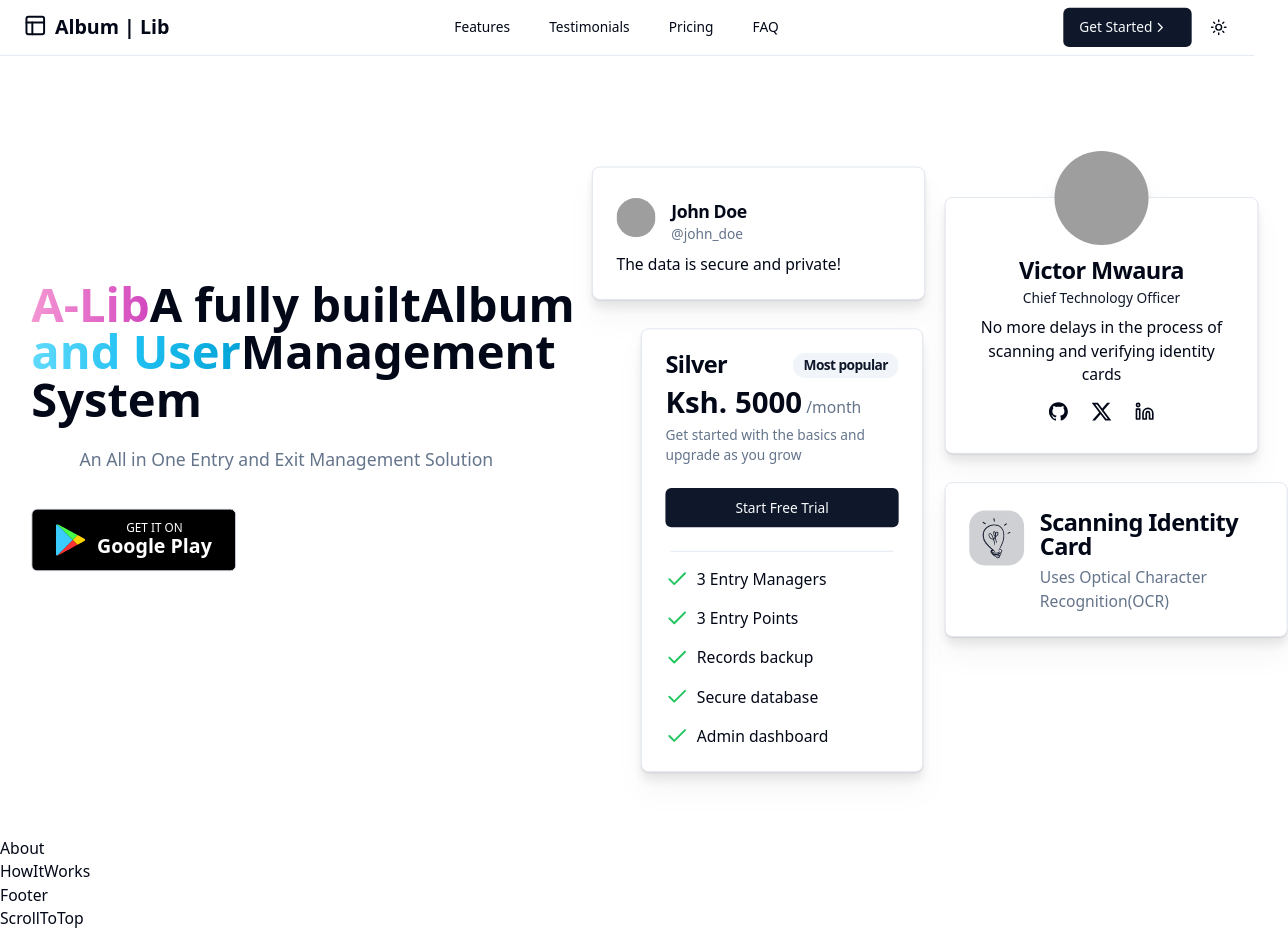
Repository: DevLaukey/savannah-informatics-test
Page: /
These files come from the project's save history. The page is drawn as it stood at one moment and after a run of saves; the edit follows.
The browser window is 1280 px wide. The page is 1314 px wide, so the pictures cover 1314 px, including what lies to the right of the window. The pictures show the whole page, at 98% of full size.
Pictures or frames that could not be fetched are drawn as grey boxes. The project was rebuilt for these pictures with package versions that can differ from the ones it lists, and the page was loaded fresh each time. The framework's server and built-in components were replaced by stand-ins that run in the browser. Also part of the build but not shown: next.config.mjs.

Above is the page before, as saved 2024-06-04 21:54:25.

### app/layout.jsx
import "./globals.css";
import { Inter as FontSans } from "next/font/google";

import { cn } from "@/lib/utils";
import { ThemeProvider } from "@/lib/theme-provider";

const fontSans = FontSans({
  subsets: ["latin"],
  variable: "--font-sans",
});

export default function RootLayout({ children }) {
  return (
    <html lang="en" suppressHydrationWarning>
      <head />
      <body
        className={cn(
          "min-h-screen bg-background font-sans antialiased",
          fontSans.variable
        )}
      >
        <ThemeProvider
          attribute="class"
          defaultTheme="system"
          enableSystem
          disableTransitionOnChange
        >
          {children}
        </ThemeProvider>
      </body>
    </html>
  );
}

### app/page.jsx
import Footer from "@/components/Footer";
import About from "@/components/landing-page/About";
import Hero from "@/components/landing-page/Hero";
import HowItWorks from "@/components/landing-page/HowItWorks";
import Navbar from "@/components/Navbar";
import ScrollToTop from "@/components/ScrollToTop";


// this is the landing page
export default function Home() {
  return (
    <>
      <Navbar />
      <Hero />
      <About />
      <HowItWorks />
      <Footer />
      <ScrollToTop />
    </>
  );
}

### components/landing-page/Hero.jsx
import { HeroCards } from "./HeroCards";
import { buttonVariants } from "@/components/ui/button";

const Hero = () => {
  return (
    <section className="container grid grid-cols-1 md:grid-cols-2 place-items-center py-20 md:py-32 gap-10">
      <div className="text-center md:text-left space-y-6">
        <main className="text-3xl md:text-5xl font-bold">
          <h1 className="inline-block">
            <span className="inline bg-gradient-to-r from-[#F596D3] to-[#D247BF] text-transparent bg-clip-text">
              A-Lib
            </span>
            A fully built
          </h1>
          Album
          <h2 className="inline-block">
            <span className="inline bg-gradient-to-r from-[#61DAFB] via-[#1fc0f1] to-[#03a3d7] text-transparent bg-clip-text">
              and User
            </span>
            Management System
          </h2>
        </main>

        <p className="text-lg text-muted-foreground md:w-10/12 mx-auto">
          An All in One Entry and Exit Management Solution
        </p>

        <div className="space-y-4 md:space-y-0 md:space-x-4">
          <button
            type="button"
            className={`flex items-center justify-center w-full md:w-auto mt-3 text-white bg-black rounded-lg h-14 md:h-16 px-6 ${buttonVariants(
              {
                variant: "outline",
              }
            )}`}
          >
            <div className="mr-3">
              <svg viewBox="30 336.7 120.9 129.2" width="30">
                <path
                  fill="#FFD400"
                  d="M119.2,421.2c15.3-8.4,27-14.8,28-15.3c3.2-1.7,6.5-6.2,0-9.7  c-2.1-1.1-13.4-7.3-28-15.3l-20.1,20.2L119.2,421.2z"
                ></path>
                <path
                  fill="#FF3333"
                  d="M99.1,401.1l-64.2,64.7c1.5,0.2,3.2-0.2,5.2-1.3  c4.2-2.3,48.8-26.7,79.1-43.3L99.1,401.1L99.1,401.1z"
                ></path>
                <path
                  fill="#48FF48"
                  d="M99.1,401.1l20.1-20.2c0,0-74.6-40.7-79.1-43.1  c-1.7-1-3.6-1.3-5.3-1L99.1,401.1z"
                ></path>
                <path
                  fill="#3BCCFF"
                  d="M99.1,401.1l-64.3-64.3c-2.6,0.6-4.8,2.9-4.8,7.6  c0,7.5,0,107.5,0,113.8c0,4.3,1.7,7.4,4.9,7.7L99.1,401.1z"
                ></path>
              </svg>
            </div>
            <div>
              <div className="text-xs">GET IT ON</div>
              <div className="-mt-1 font-sans text-base md:text-xl font-semibold">
                Google Play
              </div>
            </div>
          </button>
        </div>
      </div>

      {/* Hero cards sections */}
      <div className="z-10">
        <HeroCards />
      </div>

      {/* Shadow effect */}
      <div className="shadow"></div>
    </section>
  );
};

export default Hero;

### components/landing-page/HowItWorks.jsx
import React from 'react'

function HowItWorks() {
  return (
    <div>HowItWorks</div>
  )
}

export default HowItWorks

### components/Navbar.jsx
"use client";
import React, { useState } from "react";
import {
  NavigationMenu,
  NavigationMenuItem,
  NavigationMenuList,
} from "@/components/ui/navigation-menu";
import {
  Sheet,
  SheetContent,
  SheetHeader,
  SheetTitle,
  SheetTrigger,
} from "@/components/ui/sheet";
import { Button, buttonVariants } from "./ui/button";
import { ChevronRight, Menu } from "lucide-react";
import ModeToggle from "./mode-toggle";
import { LogoIcon } from "./Icons";

const routeList = [
  {
    href: "#features",
    label: "Features",
  },
  {
    href: "#testimonials",
    label: "Testimonials",
  },
  {
    href: "#pricing",
    label: "Pricing",
  },
  {
    href: "#faq",
    label: "FAQ",
  },
];

const Navbar = () => {
  const [isOpen, setIsOpen] = useState(false);
  return (
    <header className="sticky border-b-[1px] top-0 z-40 w-full bg-white dark:border-b-slate-700 dark:bg-background">
      <NavigationMenu className="mx-auto">
        <NavigationMenuList className="container h-14 px-4 w-screen flex justify-between">
          <NavigationMenuItem className="font-bold flex">
            <a
              rel="noreferrer noopener"
              href="/"
              className="ml-2 font-bold text-xl flex"
            >
              <LogoIcon />
              Album | Lib
            </a>
          </NavigationMenuItem>

          {/* mobile */}
          <span className="flex md:hidden">
            <ModeToggle />

            <Sheet open={isOpen} onOpenChange={setIsOpen}>
              <SheetTrigger className="px-2">
                <Menu
                  className="flex md:hidden h-5 w-5"
                  onClick={() => setIsOpen(true)}
                >
                  <span className="sr-only">Menu Icon</span>
                </Menu>
              </SheetTrigger>

              <SheetContent side={"left"}>
                <SheetHeader>
                  <SheetTitle className="font-bold text-xl">
                    Shadcn/React
                  </SheetTitle>
                </SheetHeader>
                <nav className="flex flex-col justify-center items-center gap-2 mt-4">
                  {routeList.map(({ href, label }) => (
                    <a
                      rel="noreferrer noopener"
                      key={label}
                      href={href}
                      onClick={() => setIsOpen(false)}
                      className={buttonVariants({ variant: "ghost" })}
                    >
                      {label}
                    </a>
                  ))}
                  <Button>
                    Get Started
                    <ChevronRight className="mr-2 h-4 w-4" />
                  </Button>
                </nav>
              </SheetContent>
            </Sheet>
          </span>

          {/* desktop */}
          <nav className="hidden md:flex gap-2">
            {routeList.map((route, i) => (
              <a
                rel="noreferrer noopener"
                href={route.href}
                key={i}
                className={`text-[17px] ${buttonVariants({
                  variant: "ghost",
                })}`}
              >
                {route.label}
              </a>
            ))}
          </nav>

          <div className="hidden md:flex gap-2">
            <Button>
              Get Started
              <ChevronRight className="mr-2 h-4 w-4" />
            </Button>
            <ModeToggle />
          </div>
        </NavigationMenuList>
      </NavigationMenu>
    </header>
  );
};
export default Navbar;

### components/ScrollToTop.jsx
import React from 'react'

function ScrollToTop() {
  return (
    <div>ScrollToTop</div>
  )
}

export default ScrollToTop

### components/ui/button.jsx
import * as React from "react"
import { Slot } from "@radix-ui/react-slot"
import { cva } from "class-variance-authority";

import { cn } from "@/lib/utils"

const buttonVariants = cva(
  "inline-flex items-center justify-center whitespace-nowrap rounded-md text-sm font-medium ring-offset-background transition-colors focus-visible:outline-none focus-visible:ring-2 focus-visible:ring-ring focus-visible:ring-offset-2 disabled:pointer-events-none disabled:opacity-50",
  {
    variants: {
      variant: {
        default: "bg-primary text-primary-foreground hover:bg-primary/90",
        destructive:
          "bg-destructive text-destructive-foreground hover:bg-destructive/90",
        outline:
          "border border-input bg-background hover:bg-accent hover:text-accent-foreground",
        secondary:
          "bg-secondary text-secondary-foreground hover:bg-secondary/80",
        ghost: "hover:bg-accent hover:text-accent-foreground",
        link: "text-primary underline-offset-4 hover:underline",
      },
      size: {
        default: "h-10 px-4 py-2",
        sm: "h-9 rounded-md px-3",
        lg: "h-11 rounded-md px-8",
        icon: "h-10 w-10",
      },
    },
    defaultVariants: {
      variant: "default",
      size: "default",
    },
  }
)

const Button = React.forwardRef(({ className, variant, size, asChild = false, ...props }, ref) => {
  const Comp = asChild ? Slot : "button"
  return (
    (<Comp
      className={cn(buttonVariants({ variant, size, className }))}
      ref={ref}
      {...props} />)
  );
})
Button.displayName = "Button"

export { Button, buttonVariants }

### components/ui/sheet.jsx
"use client";
import * as React from "react"
import * as SheetPrimitive from "@radix-ui/react-dialog"
import { cva } from "class-variance-authority";
import { X } from "lucide-react"

import { cn } from "@/lib/utils"

const Sheet = SheetPrimitive.Root

const SheetTrigger = SheetPrimitive.Trigger

const SheetClose = SheetPrimitive.Close

const SheetPortal = SheetPrimitive.Portal

const SheetOverlay = React.forwardRef(({ className, ...props }, ref) => (
  <SheetPrimitive.Overlay
    className={cn(
      "fixed inset-0 z-50 bg-black/80  data-[state=open]:animate-in data-[state=closed]:animate-out data-[state=closed]:fade-out-0 data-[state=open]:fade-in-0",
      className
    )}
    {...props}
    ref={ref} />
))
SheetOverlay.displayName = SheetPrimitive.Overlay.displayName

const sheetVariants = cva(
  "fixed z-50 gap-4 bg-background p-6 shadow-lg transition ease-in-out data-[state=open]:animate-in data-[state=closed]:animate-out data-[state=closed]:duration-300 data-[state=open]:duration-500",
  {
    variants: {
      side: {
        top: "inset-x-0 top-0 border-b data-[state=closed]:slide-out-to-top data-[state=open]:slide-in-from-top",
        bottom:
          "inset-x-0 bottom-0 border-t data-[state=closed]:slide-out-to-bottom data-[state=open]:slide-in-from-bottom",
        left: "inset-y-0 left-0 h-full w-3/4 border-r data-[state=closed]:slide-out-to-left data-[state=open]:slide-in-from-left sm:max-w-sm",
        right:
          "inset-y-0 right-0 h-full w-3/4  border-l data-[state=closed]:slide-out-to-right data-[state=open]:slide-in-from-right sm:max-w-sm",
      },
    },
    defaultVariants: {
      side: "right",
    },
  }
)

const SheetContent = React.forwardRef(({ side = "right", className, children, ...props }, ref) => (
  <SheetPortal>
    <SheetOverlay />
    <SheetPrimitive.Content ref={ref} className={cn(sheetVariants({ side }), className)} {...props}>
      {children}
      <SheetPrimitive.Close
        className="absolute right-4 top-4 rounded-sm opacity-70 ring-offset-background transition-opacity hover:opacity-100 focus:outline-none focus:ring-2 focus:ring-ring focus:ring-offset-2 disabled:pointer-events-none data-[state=open]:bg-secondary">
        <X className="h-4 w-4" />
        <span className="sr-only">Close</span>
      </SheetPrimitive.Close>
    </SheetPrimitive.Content>
  </SheetPortal>
))
SheetContent.displayName = SheetPrimitive.Content.displayName

const SheetHeader = ({
  className,
  ...props
}) => (
  <div
    className={cn("flex flex-col space-y-2 text-center sm:text-left", className)}
    {...props} />
)
SheetHeader.displayName = "SheetHeader"

const SheetFooter = ({
  className,
  ...props
}) => (
  <div
    className={cn("flex flex-col-reverse sm:flex-row sm:justify-end sm:space-x-2", className)}
    {...props} />
)
SheetFooter.displayName = "SheetFooter"

const SheetTitle = React.forwardRef(({ className, ...props }, ref) => (
  <SheetPrimitive.Title
    ref={ref}
    className={cn("text-lg font-semibold text-foreground", className)}
    {...props} />
))
SheetTitle.displayName = SheetPrimitive.Title.displayName

const SheetDescription = React.forwardRef(({ className, ...props }, ref) => (
  <SheetPrimitive.Description
    ref={ref}
    className={cn("text-sm text-muted-foreground", className)}
    {...props} />
))
SheetDescription.displayName = SheetPrimitive.Description.displayName

export {
  Sheet,
  SheetPortal,
  SheetOverlay,
  SheetTrigger,
  SheetClose,
  SheetContent,
  SheetHeader,
  SheetFooter,
  SheetTitle,
  SheetDescription,
}

### components/mode-toggle.jsx
import React from "react";
import { Button } from "@/components/ui/button";
import {
  DropdownMenu,
  DropdownMenuContent,
  DropdownMenuItem,
  DropdownMenuTrigger,
} from "@/components/ui/dropdown-menu";
import { useTheme } from "@/lib/theme-provider";
import { Moon, Sun } from "lucide-react";

export default function ModeToggle() {
  const { setTheme } = useTheme();

  return (
    <DropdownMenu>
      <DropdownMenuTrigger asChild>
        <Button variant="ghost" size="icon" className="ghost">
          <Sun className="h-[1.1rem] w-[1.2rem] rotate-0 scale-100 transition-all dark:-rotate-90 dark:scale-0" />
          <Moon className="absolute h-[1.1rem] w-[1.2rem] rotate-90 scale-0 transition-all dark:rotate-0 dark:scale-100" />
          <span className="sr-only">Toggle theme</span>
        </Button>
      </DropdownMenuTrigger>
      <DropdownMenuContent align="end">
        <DropdownMenuItem onClick={() => setTheme("light")}>
          Light
        </DropdownMenuItem>
        <DropdownMenuItem onClick={() => setTheme("dark")}>
          Dark
        </DropdownMenuItem>
        <DropdownMenuItem onClick={() => setTheme("system")}>
          System
        </DropdownMenuItem>
      </DropdownMenuContent>
    </DropdownMenu>
  );
}

### components/Icons.jsx
export const LogoIcon = () => {
  return (
    <svg
      xmlns="http://www.w3.org/2000/svg"
      viewBox="0 0 24 24"
      fill="none"
      stroke="currentColor"
      strokeWidth="2"
      strokeLinecap="round"
      strokeLinejoin="round"
      className="lucide lucide-panels-top-left mr-2 w-6 h-6"
    >
      <rect width="18" height="18" x="3" y="3" rx="2" />
      <path d="M3 9h18" />
      <path d="M9 21V9" />
    </svg>
  );
};

### components/ui/avatar.jsx
"use client"

import * as React from "react"
import * as AvatarPrimitive from "@radix-ui/react-avatar"

import { cn } from "@/lib/utils"

const Avatar = React.forwardRef(({ className, ...props }, ref) => (
  <AvatarPrimitive.Root
    ref={ref}
    className={cn("relative flex h-10 w-10 shrink-0 overflow-hidden rounded-full", className)}
    {...props} />
))
Avatar.displayName = AvatarPrimitive.Root.displayName

const AvatarImage = React.forwardRef(({ className, ...props }, ref) => (
  <AvatarPrimitive.Image
    ref={ref}
    className={cn("aspect-square h-full w-full", className)}
    {...props} />
))
AvatarImage.displayName = AvatarPrimitive.Image.displayName

const AvatarFallback = React.forwardRef(({ className, ...props }, ref) => (
  <AvatarPrimitive.Fallback
    ref={ref}
    className={cn(
      "flex h-full w-full items-center justify-center rounded-full bg-muted",
      className
    )}
    {...props} />
))
AvatarFallback.displayName = AvatarPrimitive.Fallback.displayName

export { Avatar, AvatarImage, AvatarFallback }

### components/ui/badge.jsx
import * as React from "react"
import { cva } from "class-variance-authority";

import { cn } from "@/lib/utils"

const badgeVariants = cva(
  "inline-flex items-center rounded-full border px-2.5 py-0.5 text-xs font-semibold transition-colors focus:outline-none focus:ring-2 focus:ring-ring focus:ring-offset-2",
  {
    variants: {
      variant: {
        default:
          "border-transparent bg-primary text-primary-foreground hover:bg-primary/80",
        secondary:
          "border-transparent bg-secondary text-secondary-foreground hover:bg-secondary/80",
        destructive:
          "border-transparent bg-destructive text-destructive-foreground hover:bg-destructive/80",
        outline: "text-foreground",
      },
    },
    defaultVariants: {
      variant: "default",
    },
  }
)

function Badge({
  className,
  variant,
  ...props
}) {
  return (<div className={cn(badgeVariants({ variant }), className)} {...props} />);
}

export { Badge, badgeVariants }

### components/ui/card.jsx
import * as React from "react"

import { cn } from "@/lib/utils"

const Card = React.forwardRef(({ className, ...props }, ref) => (
  <div
    ref={ref}
    className={cn("rounded-lg border bg-card text-card-foreground shadow-sm", className)}
    {...props} />
))
Card.displayName = "Card"

const CardHeader = React.forwardRef(({ className, ...props }, ref) => (
  <div
    ref={ref}
    className={cn("flex flex-col space-y-1.5 p-6", className)}
    {...props} />
))
CardHeader.displayName = "CardHeader"

const CardTitle = React.forwardRef(({ className, ...props }, ref) => (
  <h3
    ref={ref}
    className={cn("text-2xl font-semibold leading-none tracking-tight", className)}
    {...props} />
))
CardTitle.displayName = "CardTitle"

const CardDescription = React.forwardRef(({ className, ...props }, ref) => (
  <p
    ref={ref}
    className={cn("text-sm text-muted-foreground", className)}
    {...props} />
))
CardDescription.displayName = "CardDescription"

const CardContent = React.forwardRef(({ className, ...props }, ref) => (
  <div ref={ref} className={cn("p-6 pt-0", className)} {...props} />
))
CardContent.displayName = "CardContent"

const CardFooter = React.forwardRef(({ className, ...props }, ref) => (
  <div
    ref={ref}
    className={cn("flex items-center p-6 pt-0", className)}
    {...props} />
))
CardFooter.displayName = "CardFooter"

export { Card, CardHeader, CardFooter, CardTitle, CardDescription, CardContent }

Loaded but not shown: app/globals.css (common file); lib/utils.js (common file); components/Footer.jsx (common file); components/landing-page/About.jsx (common file); tailwind.config.js (82 lines, source omitted); lib/theme-provider.js (60 lines, source omitted); components/landing-page/LightBulbIcon.jsx (73 lines, source omitted); components/ui/dropdown-menu.jsx (157 lines, source omitted); components/landing-page/HeroCards.jsx (164 lines, source omitted); components/ui/navigation-menu.jsx (104 lines, source omitted)

After the next 3 saves:
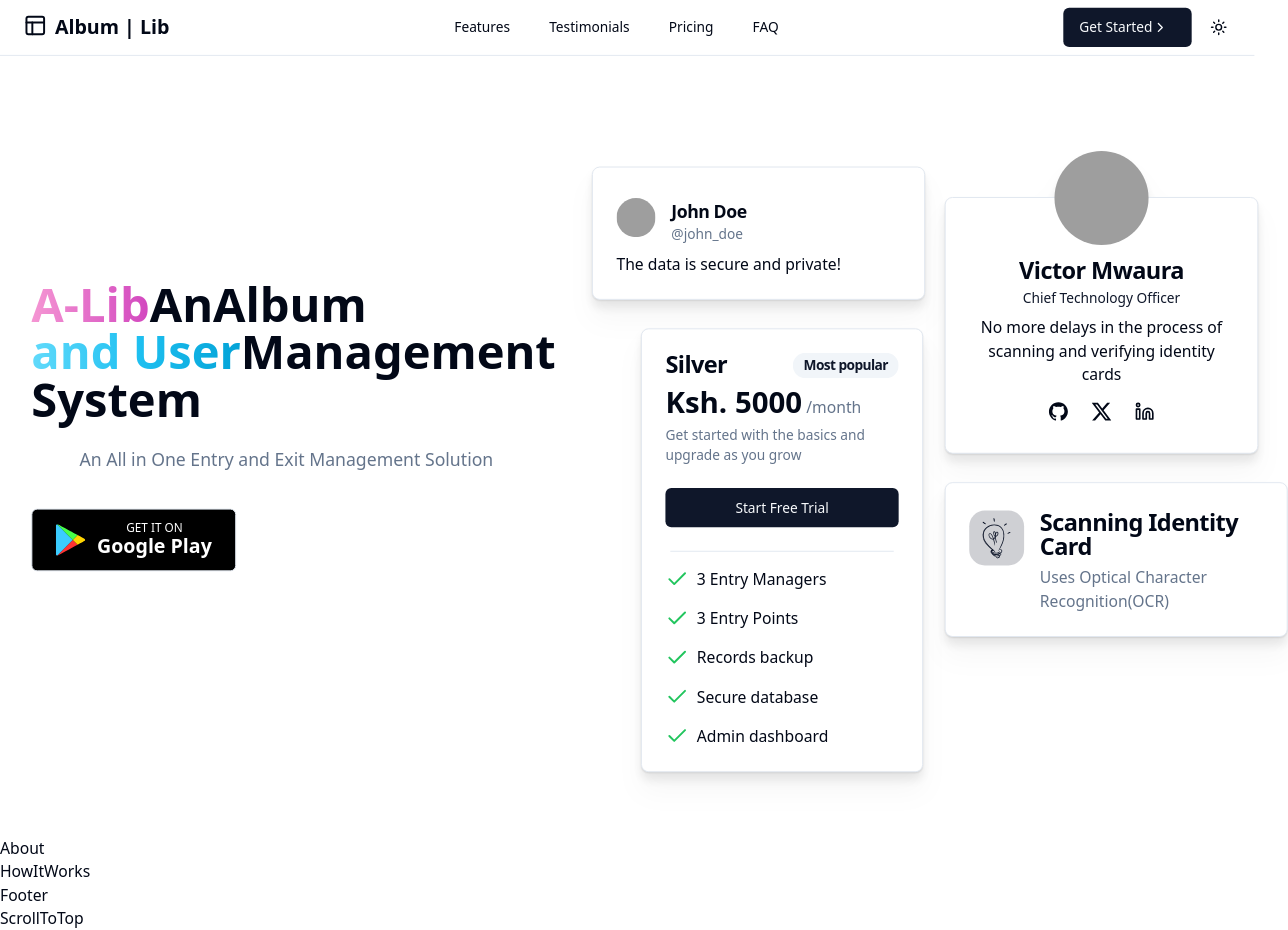
The 3 saves are shown as one change because they came seconds apart.
The last was saved 25 s later.
--- a/components/landing-page/Hero.jsx
+++ b/components/landing-page/Hero.jsx
@@ -10,9 +10,9 @@ const Hero = () => {
             <span className="inline bg-gradient-to-r from-[#F596D3] to-[#D247BF] text-transparent bg-clip-text">
               A-Lib
             </span>
-            A fully built
+            An
           </h1>
-          Album
+           Album
           <h2 className="inline-block">
             <span className="inline bg-gradient-to-r from-[#61DAFB] via-[#1fc0f1] to-[#03a3d7] text-transparent bg-clip-text">
               and User
